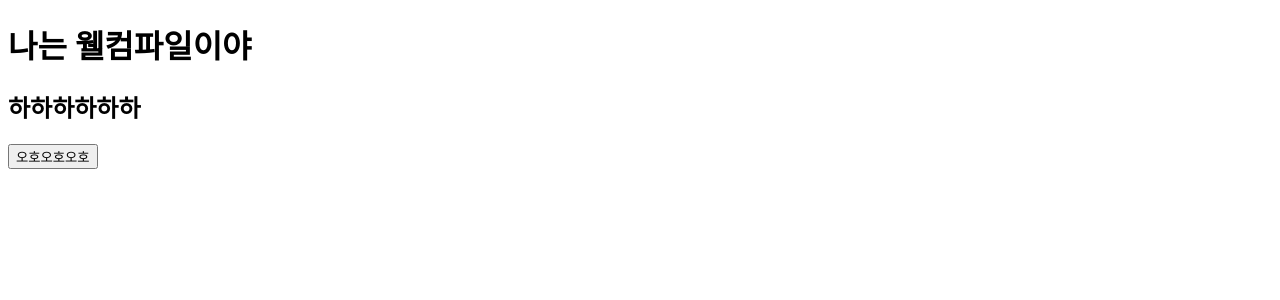
Repository: dongja86/spring
Page: http://localhost/springProject/
These files come from the project's save history. The page is drawn as it stood at one moment and after the next save; the edit follows.
The browser window is 1280 px wide. The pictures show the whole page.
The page is served by Tomcat 9.

Above is the page before, as saved 2024-04-16 00:43:50.

After the next save:
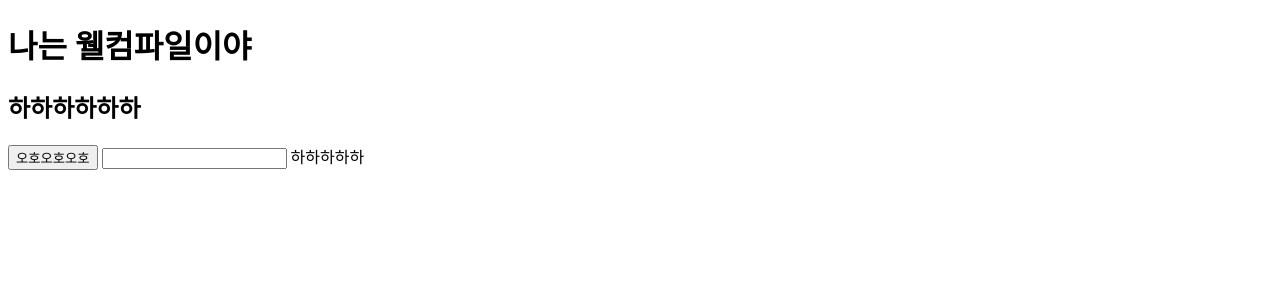
Saved 15 s later.
--- a/springProject/src/main/webapp/index.jsp
+++ b/springProject/src/main/webapp/index.jsp
@@ -13,5 +13,7 @@
 		<h2> 하하하하하하 </h2>
 
 		<button> 오호오호오호 </button>
+
+		<input> 하하하하하
 </body>
 </html>
